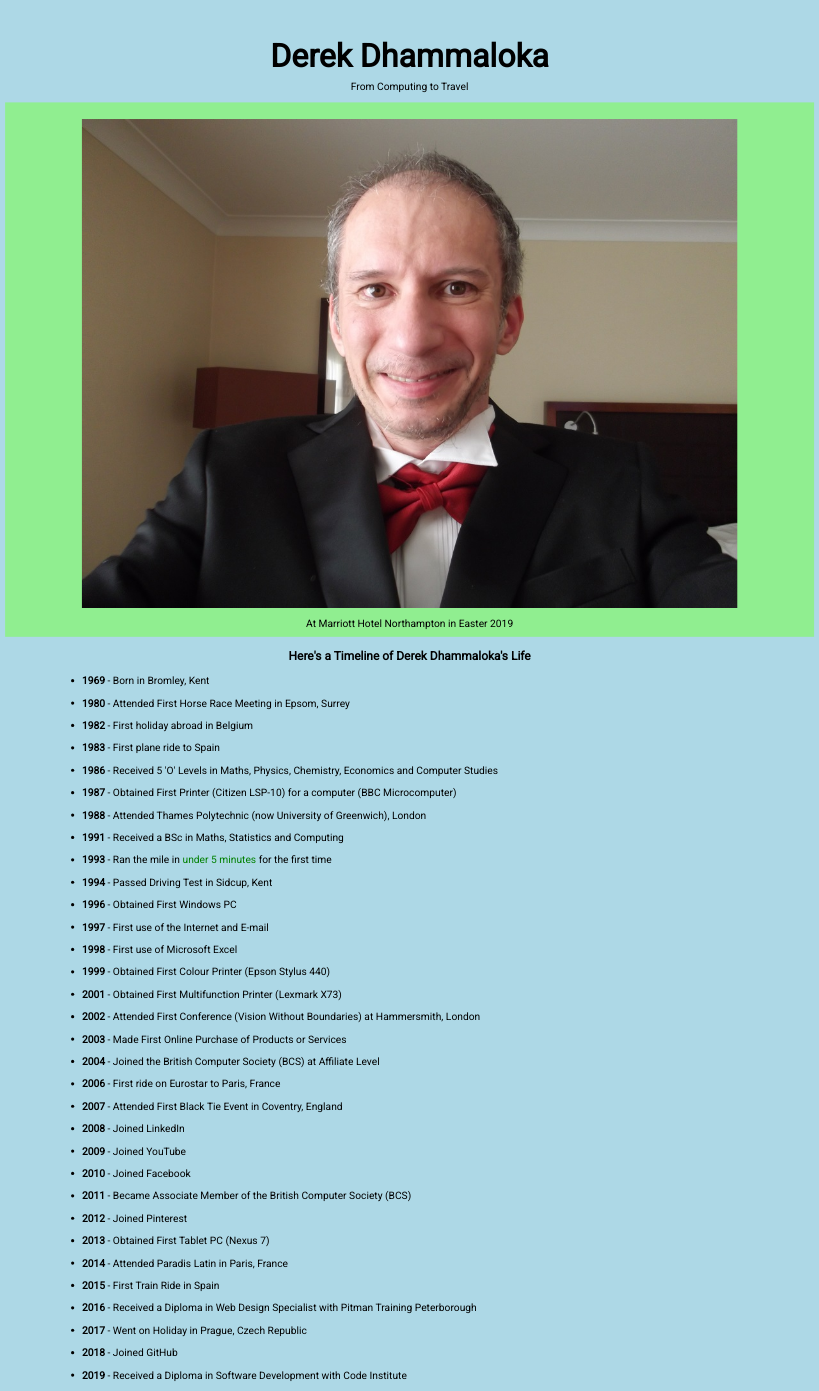
Repository: derektypist/tribute-page
Page: index.html
The author's editor kept a record of every edit. The page is drawn from the files as they stood at one moment, then again after the next edit.
The browser window is 1280 px wide. The pictures show the whole page, at 64% of full size.

Above is the page before.

### index.html
<!DOCTYPE html>
<html lang="en">

<head>
    <meta charset="UTF-8">
    <meta name="viewport" content="width=device-width, initial-scale=1.0">
    <meta http-equiv="X-UA-Compatible" content="ie=edge">
    <title>Derek Dhammaloka Tribute Page</title>
    <!-- Load Style Sheets -->
    <link href="https://fonts.googleapis.com/css?family=Roboto&display=swap" rel="stylesheet">
    <style>
        /* Main Styles */

        #main {
            font-family: "Roboto", Arial, Verdana, sans-serif;
            background-color: lightblue;
            text-align: center;
        }


        /* Title */

        #title {
            font-weight: 700;
            font-size: 50px;
            position: relative;
            top: 25px;
        }


        /* Images */

        #img-div {
            background-color: lightgreen;
            padding: 10px;
        }

        #image {
            max-width: 100%;
            display: block;
            margin: auto;
        }

        #img-caption {
            position: relative;
            top: 15px;
        }

        /* Tribute Info */

        #tribute-info {
            text-align: left;
            margin-left: 80px;
        }

        /* Tribute Links */

        #tribute-link {
            text-decoration: none;
            color: green;
        }

        #tribute-link:hover {
            text-decoration: none;
            color: fuchsia;
        }
    </style>
</head>

<body id="main">
    <!-- Set Header Element -->
    <header>
        <h1 id="title">Derek Dhammaloka</h1>
        <p>From Computing to Travel</p>
    </header>

    <!-- Set Main Element -->
    <main>

        <!-- Display Image with its Caption -->
        <div id="img-div">

            <figure>
                <img src="derek.jpg" id="image" title="At Marriott Hotel Northampton in Easter 2019" alt="At Marriott Hotel Northampton in Easter 2019">
                <figcaption id="img-caption">At Marriott Hotel Northampton in Easter 2019</figcaption>
            </figure>
        </div>
        <section>
            <h3>Here's a Timeline of Derek Dhammaloka's Life</h3>
            <!-- Display Tribute Information -->
            <article id="tribute-info">
                <!-- Display Information for 1969 -->
                <ul>
                    <li><strong>1969 </strong>- Born in Bromley, Kent</li>
                </ul>

                <!-- Display Information for 1980 -->
                <ul>
                    <li><strong>1980 </strong>- Attended First Horse Race Meeting in Epsom, Surrey</li>
                </ul>

                <!-- Display Information for 1982 -->
                <ul>
                    <li><strong>1982 </strong>- First holiday abroad in Belgium</li>
                </ul>

                <!-- Display Information for 1983 -->
                <ul>
                    <li><strong>1983 </strong>- First plane ride to Spain</li>
                </ul>

                <!-- Display Information for 1986 -->
                <ul>
                    <li><strong>1986 </strong>- Received 5 'O' Levels in Maths, Physics, Chemistry, Economics and Computer Studies</li>
                </ul>

                <!-- Display Information for 1987 -->
                <ul>
                    <li><strong>1987 </strong>- Obtained First Printer (Citizen LSP-10) for a computer (BBC Microcomputer)</li>
                </ul>

                <!-- Display Information for 1988 -->
                <ul>
                    <li><strong>1988 </strong>- Attended Thames Polytechnic (now University of Greenwich), London</li>
                </ul>

                <!-- Display Information for 1991 -->
                <ul>
                    <li><strong>1991 </strong>- Received a BSc in Maths, Statistics and Computing</li>
                </ul>

                <!-- Display Information for 1993 -->
                <ul>
                    <!-- Provide Link to External Web Page -->
                    <li><strong>1993 </strong>- Ran the mile in <a href="http://www.bandbhac.org.uk/cr131-091993.html" target="_blank" id="tribute-link" title="View Details" accesskey="d">under 5 minutes</a> for the first time</li>
                </ul>

                <!-- Display Information for 1994 -->
                <ul>
                    <li><strong>1994 </strong>- Passed Driving Test in Sidcup, Kent</li>
                </ul>

                <!-- Display Information for 1996 -->
                <ul>
                    <li><strong>1996 </strong>- Obtained First Windows PC</li>
                </ul>

                <!-- Display Information for 1997 -->
                <ul>
                    <li><strong>1997 </strong>- First use of the Internet and E-mail</li>
                </ul>

                <!-- Display Information for 1998 -->
                <ul>
                    <li><strong>1998 </strong>- First use of Microsoft Excel</li>
                </ul>

                <!-- Display Information for 1999 -->
                <ul>
                    <li><strong>1999 </strong>- Obtained First Colour Printer (Epson Stylus 440)</li>
                </ul>

                <!-- Display Information for 2001 -->
                <ul>
                    <li><strong>2001 </strong>- Obtained First Multifunction Printer (Lexmark X73)</li>
                </ul>

                <!-- Display Information for 2002 -->
                <ul>
                    <li><strong>2002 </strong>- Attended First Conference (Vision Without Boundaries) at Hammersmith, London</li>
                </ul>

                <!-- Display Information for 2003 -->
                <ul>
                    <li><strong>2003 </strong>- Made First Online Purchase of Products or Services</li>
                </ul>

                <!-- Display Information for 2004 -->
                <ul>
                    <li><strong>2004 </strong>- Joined the British Computer Society (BCS) at Affiliate Level</li>
                </ul>

                <!-- Display Information for 2006 -->
                <ul>
                    <li><strong>2006 </strong>- First ride on Eurostar to Paris, France</li>
                </ul>

                <!-- Display Information for 2007 -->
                <ul>
                    <li><strong>2007 </strong>- Attended First Black Tie Event in Coventry, England</li>
                </ul>

                <!-- Display Information for 2008 -->
                <ul>
                    <li><strong>2008 </strong>- Joined LinkedIn</li>
                </ul>

                <!-- Display Information for 2009 -->
                <ul>
                    <li><strong>2009 </strong>- Joined YouTube</li>
                </ul>

                <!-- Display Information for 2010 -->
                <ul>
                    <li><strong>2010 </strong>- Joined Facebook</li>
                </ul>

                <!-- Display Information for 2011 -->
                <ul>
                    <li><strong>2011 </strong>- Became Associate Member of the British Computer Society (BCS)</li>
                </ul>

                <!-- Display Information for 2012 -->
                <ul>
                    <li><strong>2012 </strong>- Joined Pinterest</li>
                </ul>

                <!-- Display Information for 2013 -->
                <ul>
                    <li><strong>2013 </strong>- Obtained First Tablet PC (Nexus 7)</li>
                </ul>

                <!-- Display Information for 2014 -->
                <ul>
                    <li><strong>2014 </strong>- Attended Paradis Latin in Paris, France</li>
                </ul>

                <!-- Display Information for 2015 -->
                <ul>
                    <li><strong>2015 </strong>- First Train Ride in Spain</li>
                </ul>

                <!-- Display Information for 2016 -->
                <ul>
                    <li><strong>2016 </strong>- Received a Diploma in Web Design Specialist with Pitman Training Peterborough</li>
                </ul>

                <!-- Display Information for 2017 -->
                <ul>
                    <li><strong>2017 </strong>- Went on Holiday in Prague, Czech Republic</li>
                </ul>

                <!-- Display Information for 2018 -->
                <ul>
                    <li><strong>2018 </strong>- Joined GitHub</li>
                </ul>

                <!-- Display Information for 2019 -->
                <ul>
                    <li><strong>2019 </strong> - Received a Diploma in Software Development with Code Institute</li>
                </ul>

            </article>
        </section>
    </main>
</body>

</html>

After the next edit:
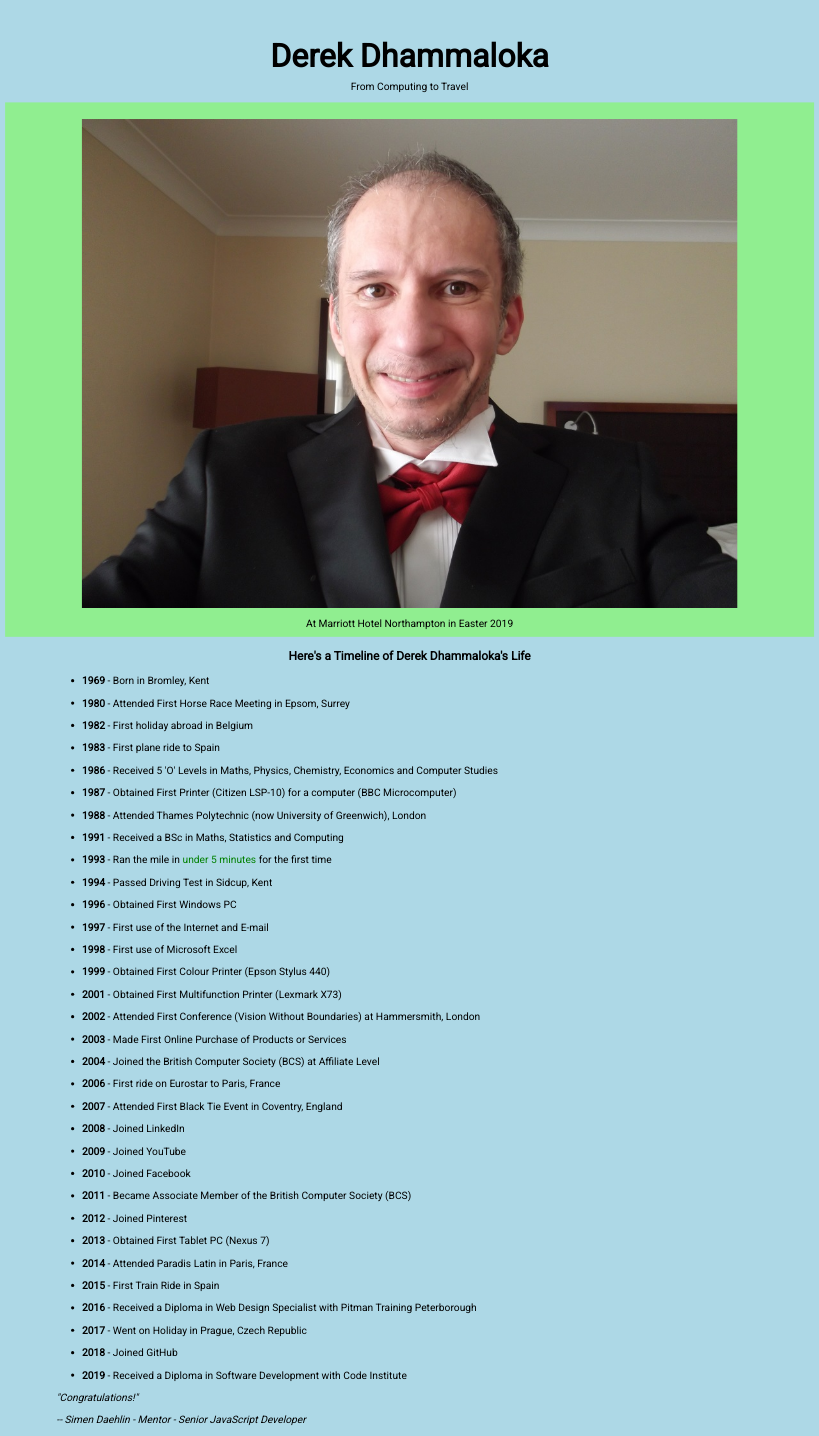
The edit:
--- a/index.html
+++ b/index.html
@@ -250,6 +250,9 @@
                     <li><strong>2019 </strong> - Received a Diploma in Software Development with Code Institute</li>
                 </ul>
 
+                <!-- Italicise Quotes -->
+                <i><p>"Congratulations!"</p>
+                <p>-- Simen Daehlin - Mentor - Senior JavaScript Developer</p></i>
             </article>
         </section>
     </main>
